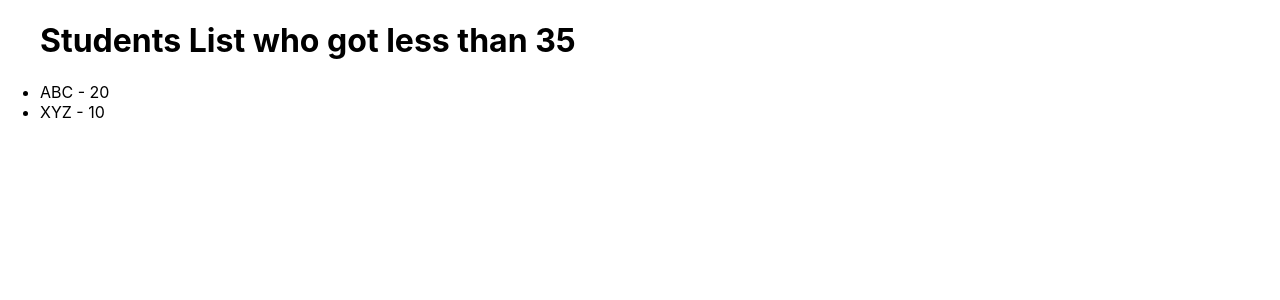
Repository: Jay1161/FSWD
Page: / (app in Week-7/task-1/task1/)
The author's editor kept a copy of each file at every save. The page is drawn from the files as they stood at one save, then again after the next save.
The browser window is 1280 px wide. The pictures show the whole page.
The project was rebuilt for these pictures with package versions that can differ from the ones it lists, and the page was loaded fresh each time.

Above is the page before, as saved 2023-08-27 11:46:53.

### Week-7/task-1/task1/src/index.js
import React from 'react';
import ReactDOM from 'react-dom/client';
import './index.css';
//import App from './App';
import reportWebVitals from './reportWebVitals';
//import Test from './component'
// import ProductList from './Productlist';
// import Counter from './counter';
//import TaskList from './tasklist';
import StudentList from './studentlist';
//import Sap from './sap';


const root = ReactDOM.createRoot(document.getElementById('root'));
root.render(
  <React.StrictMode>

    <StudentList />

  </React.StrictMode>
);

// If you want to start measuring performance in your app, pass a function
// to log results (for example: reportWebVitals(console.log))
// or send to an analytics endpoint. Learn more: https://bit.ly/CRA-vitals
reportWebVitals();

### Week-7/task-1/task1/src/studentlist.jsx
import React, { useState, useEffect } from 'react';

const StudentsList = () => {
  const [students, setStudents] = useState([
    { name: 'Jay Vaja', marks: 90 },
    { name: 'ABC', marks: 20 },
    { name: 'XYZ', marks: 10 },
  ]);

  const filteredStudents = students.filter((student) => student.marks < 35);

  return (
    <ul>
        <h1>Students List who got less than 35</h1>
      {filteredStudents.map((student) => (
        <li key={student.id}>
          {student.name} - {student.marks}
        </li>
      ))}
    </ul>
  );
};

export default StudentsList;

Loaded but not shown: Week-7/task-1/task1/public/index.html (common file); Week-7/task-1/task1/src/index.css (common file); Week-7/task-1/task1/src/reportWebVitals.js (common file)

After the next save:
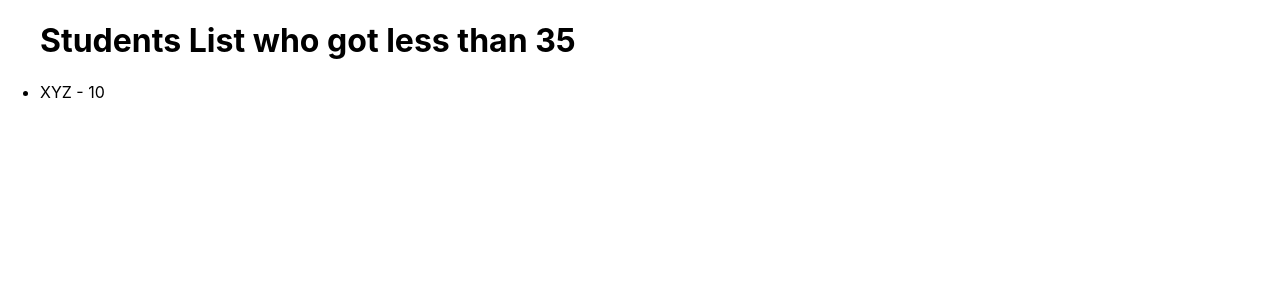
Saved 46 s later.
--- a/Week-7/task-1/task1/src/studentlist.jsx
+++ b/Week-7/task-1/task1/src/studentlist.jsx
@@ -3,7 +3,7 @@
 const StudentsList = () => {
   const [students, setStudents] = useState([
     { name: 'Jay Vaja', marks: 90 },
-    { name: 'ABC', marks: 20 },
+    { name: 'ABC', marks: 35 },
     { name: 'XYZ', marks: 10 },
   ]);
 
